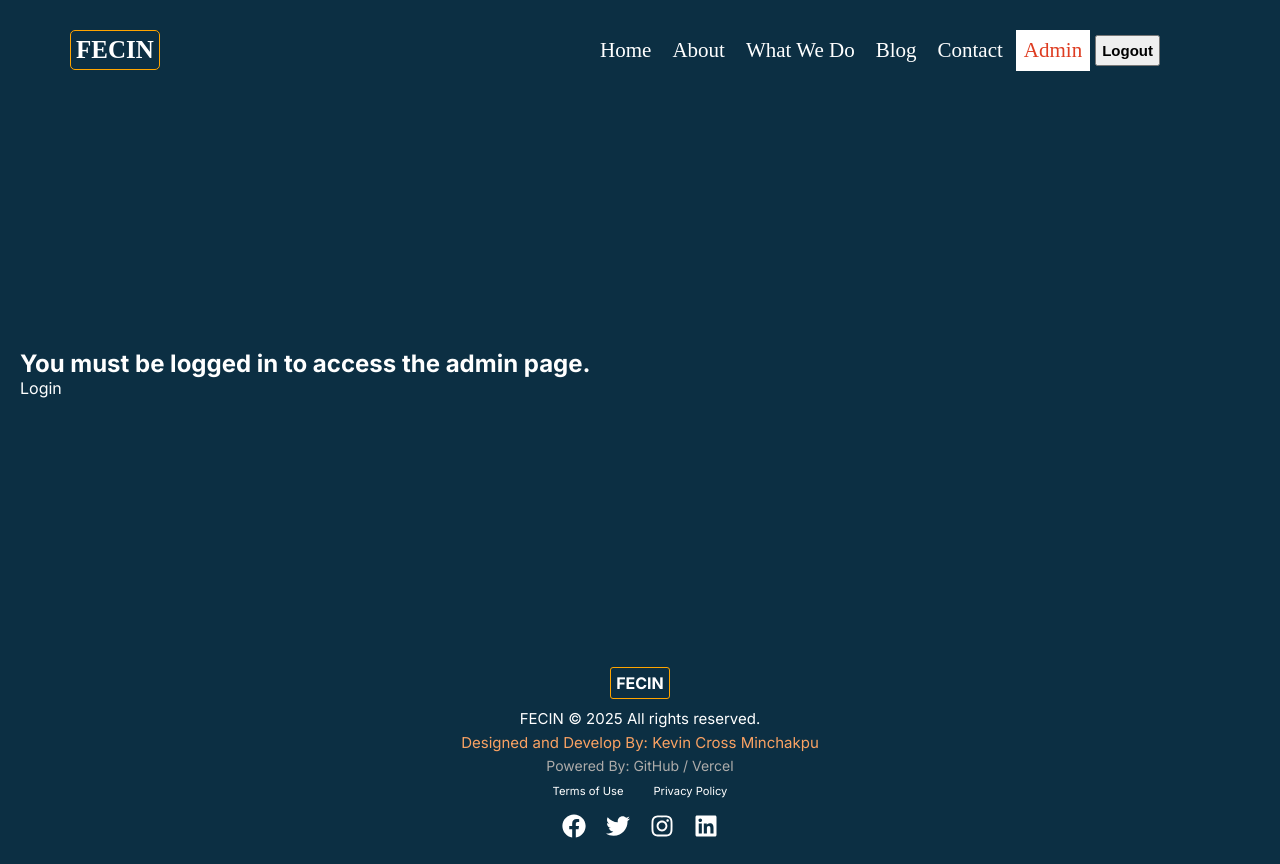
Repository: KCMinchakpu/fecin-projectgs497
Page: /admin
An editor plug-in stored every save of this project. The page is shown before and after the next save, followed by the edit.
The browser window is 1280 px wide. The pictures show the whole page.
The page's requests for data from a server got no answer. The project was rebuilt for these pictures with package versions that can differ from the ones it lists, and the page was loaded fresh each time. Some packages were replaced by stand-ins written for this rebuild. The framework's server and built-in components were replaced by stand-ins that run in the browser. No one was signed in, and anything a server would have sent is missing. Queries for data that is not in the repository find no rows. Also part of the build but not shown: next.config.mjs, src/styles/admin.module.css.

Above is the page before, as saved 2025-04-12 04:55:07.

### src/app/layout.js
import {Inter} from "next/font/google";
import "./globals.css";
import Navbar from "@/components/navbar/Navbar";
import Footer from "@/components/footer/Footer";

const inter = Inter({ subsets: ["latin"]});

export const metadata = {
  title: "FECIN Bible Translation Project",
  description: "This is the official FECIN Bible Translation Project",
};

export default function RootLayout({ children }) {
  return (
    <html lang="en">
      <body className={inter.className}>
        <div className="container">
        <Navbar />
        {children}
        <Footer />
        </div>
      </body>
    </html>
  );
}

### src/app/admin/page.jsx

import React from "react";
import { getSession } from "next-auth/react";
import Link from "next/link";
import styles from "@/styles/admin.module.css"


const AdminPage = async () => {
  const session = await getSession();

  // If there's no session, redirect to login
  if (!session) {
    return (
      <div>
        <h2>You must be logged in to access the admin page.</h2>
        <Link href="/login">Login</Link>
      </div>
    );
  }

  return (
    <div>
      <h1>Admin Dashboard</h1>
      <nav>
        <ul>
          <li>
            <Link href="/admin/events">Manage Events</Link>
          </li>
          <li>
            <Link href="/admin/users">Manage Users</Link>
          </li>
          <li>
            <Link href="/admin/blog">Manage Blog Posts</Link>
          </li>
          <li>
            <Link href="/admin/settings">Settings</Link>
          </li>
        </ul>
      </nav>
    </div>
  );
};

export default AdminPage;

### src/app/admin/users/route.js
// src/app/api/users/route.ts
import { NextResponse } from "next/server";
import { MongoClient } from "mongodb";

const uri = "mongodb+srv://eliakim:IdoYXsupNwFSHdHA@fecin2025.moyt1dm.mongodb.net/?retryWrites=true&w=majority&appName=Fecin2025";
const client = new MongoClient(uri);
const db = client.db("Fecin2025");
const usersCollection = db.collection("users");

export async function GET() {
  try {
    await client.connect();
    const users = await usersCollection.find().toArray();
    return NextResponse.json(users);
  } catch (error) {
    return NextResponse.error();
  } finally {
    await client.close();
  }
}

export async function POST(request) {
  try {
    const { name, email } = await request.json();
    await client.connect();
    const newUser = { name, email };
    const result = await usersCollection.insertOne(newUser);
    return NextResponse.json(result.ops[0]);
  } catch (error) {
    return NextResponse.error();
  } finally {
    await client.close();
  }
}

export async function DELETE(request) {
  try {
    const { id } = await request.json();
    await client.connect();
    const result = await usersCollection.deleteOne({ _id: id });
    return NextResponse.json(result);
  } catch (error) {
    return NextResponse.error();
  } finally {
    await client.close();
  }
}

### src/app/globals.css
:root {
    --bg: #0c2f43;
    --text: white;
    --bgSoft: #091f2c;
    --textSoft: rgb(237, 232, 232);
    --btn: #de3c21;
    --bgWhite: white;
    --textGray: #444444;
}

/* Box sizing rules */
* {
    box-sizing: border-box;
    margin:0;
    padding: 0;
  }

/* Set core body defaults */
body {
    background-color: var(--bgWhite);
    color: var(--text);
  }

a {
    color: inherit;
    text-decoration: none;
}

.container {
  background-color: var(--bg);
  width: 100%; /* Default for small screens */
  margin: auto;
  padding-left: 20px;
  padding-right: 20px;
  min-height: 120vh;
  display: flex;
  flex-direction: column;
  justify-content: space-between;
}

.callnana {
    background-color: var(--bgWhite);
    color: var(--textGray);
    padding: 20px;
    border-radius: 8px;
    box-shadow: 0 4px 8px rgba(0, 0, 0, 0.1);
    margin-bottom: 20px;
}

### src/components/navbar/Navbar.jsx
import React from 'react';
import Link from 'next/link';
import Links from "./links/Links";
import styles from "./navbar.module.css";

const Navbar = () => {
  return (
    <div className={styles.container}>
      <Link href="/" className={styles.logo}>FECIN</Link>
      <div>
        <Links />
      </div>
    </div>
  );
};

export default Navbar;

### src/components/footer/Footer.jsx
import React from 'react';
import styles from './footer.module.css';
import { FaFacebook, FaTwitter, FaInstagram, FaLinkedin } from 'react-icons/fa';

const Footer = () => {
  return (
    <div className={styles.container}>
      <div className={styles.logo}>
        {/* You can add a logo image here if needed */}
        <h2>FECIN</h2>
      </div>
      <div>
        <p className={styles.text}>FECIN © 2025 All rights reserved.</p>
        <p className={styles.author}>
          <a href="https://www.linkedin.com/in/kevin-cross-minchakpu-7897379a" target="_blank">Designed and Develop By: Kevin Cross Minchakpu</a>
          </p>
        <p className={styles.company}>
          <a href="https://octatesystems.github.io/OSNigeria/">Powered By: GitHub / Vercel</a>
          </p>
      </div>
      <div className={styles.links}>
        <a href="/terms" className={styles.link}>Terms of Use</a>
        <a href="/privacy" className={styles.link}>Privacy Policy</a>
      </div>
      <div className={styles.socialIcons}>
        <a href="https://facebook.com" target="_blank" rel="noopener noreferrer" className={styles.icon}>
          <FaFacebook />
        </a>
        <a href="https://twitter.com" target="_blank" rel="noopener noreferrer" className={styles.icon}>
          <FaTwitter />
        </a>
        <a href="https://instagram.com" target="_blank" rel="noopener noreferrer" className={styles.icon}>
          <FaInstagram />
        </a>
        <a href="https://linkedin.com" target="_blank" rel="noopener noreferrer" className={styles.icon}>
          <FaLinkedin />
        </a>
      </div>
    </div>
  );
};

export default Footer;

### src/components/navbar/links/Links.jsx
"use client"

import React from "react";
import {useState} from  "react";
import Image from 'next/image';
import NavLink from "../navLink/NavLink";
import styles from "./links.module.css";


const links = [
  { title: "Home", path: "/" },
  { title: "About", path: "/about" },
  { title: "What We Do", path: "/whatwedo" },
  { title: "Blog", path: "/blog" },
  { title: "Contact", path: "/contact" },
];

const Links = () => {
  const [open,setOpen] = useState(false)

  //Temporary
  const session = true
  const isAdmin = true

  return (
    <div className={styles.container}>
    <div className={styles.links}>
      {links.map((link) => (
        <NavLink item={link} key={link.title} />
      ))}
      {session ? (
          <>
          {isAdmin && <NavLink item={{title: "Admin", path: "/admin"}} />}
         <button className={styles.logout}>Logout</button>
         </>
        ) : (
          <NavLink item={{title: "Login", path: "/login"}} />
        )
      }
      </div>
      <Image
      className={styles.menuButton}
      src="/menu.png"
      alt="Hamburger menu"
      width={30}
      height={30} onClick={() => setOpen((prev) => !prev)}
      />

      {open && ( <div className={styles.mobileLinks}>
          {links.map((link) => (
        <NavLink item={link} key={link.title} />
      ))}
    </div>
)}
</div>
  );
};

export default Links;

### src/components/navbar/navbar.module.css
.container {
    height: 100px;
    display: flex;
    align-items: center;
    justify-content: space-between;
}

.logo {
    font-size: 25px;
    font-weight: bold;
    font-family: "Play", serif;
    font-weight: 700;
    font-style: normal;
    border: 1.5px solid orange;
    padding: 5px;
    border-radius: 5px;
    margin-left: 50px;
}

### src/components/footer/footer.module.css
/* Footer Container */
.container {
    background-color: var(--bg);
    color: white;
    display: flex;
    flex-direction: column;
    align-items: center;
    justify-content: space-between;
    padding: 20px;
    text-align: center;
  }

  .logo h2 {
    font-size: 1rem;
    margin-bottom: 10px;
    border: 1px solid orange;
    padding: 5px;
    border-radius: 3px;
  }

  .text {
    margin-bottom: 5px;
    font-size: 15px;

  }
  .author {
    margin-bottom: 5px;
    font-size: 15px;
    color: rgb(250, 162, 99);
  }

  .company {
    margin-bottom: 5px;
    font-size: 14px;
    color: rgb(174, 172, 170);
  }

  .author:hover {
    text-decoration: underline;
  }

  .company:hover {
    text-decoration: underline;
  }

  .links {
    margin-bottom: 15px;
  }

  .link {
    color: white;
    margin: 0 15px;
    text-decoration: none;
    font-size: 0.7rem;
  }

  .link:hover {
    text-decoration: underline;
  }

  .socialIcons {
    display: flex;
    justify-content: center;
    gap: 20px;
  }

  .icon {
    font-size: 1.5rem;
    color: white;
    transition: color 0.3s ease;
  }

  .icon:hover {
    color: #0070f3;
  }


  @media (min-width: 768px) {
    .container {
      flex-direction: column;
      align-items: center;
      justify-content: space-around;
    }
  }

### src/components/navbar/navLink/navLink.jsx
"use client";

import React from "react";
import Link from "next/link";
import { usePathname } from "next/navigation";
import styles from "./navLink.module.css";

const NavLink = ({ item }) => {
  const pathName = usePathname();
  return (
    <Link
      href={item.path}
      className={`${styles.container} ${
        pathName === item.path ? styles.active : ""
      }`}
    >
      {item.title}
    </Link>
  );
};

export default NavLink;

### src/components/navbar/links/links.module.css
.links {
    display: flex;
    align-items: center;
    gap: 5px;
    font-family: "Play", serif;
    font-style: normal;
    margin-right: 100px;
    font-size: 21px;
}

.logout {
    padding: 5px;
    cursor: pointer;
    font-weight: bold;
    font-size: 15px;
}

.menuButton,
.mobileLinks {
   display: none;
  }

  @media (max-width: 480px){
    .links {
        display: none;
    }

    .menuButton {
        display: block;
        cursor: pointer;
      }

    .mobileLinks {
        position: absolute;
        top: 100px;
        right: 0;
        width: 50%;
        height: calc(100vh-100px);
        /*background-color: var(--bg);*/
       background-color: brown;
        display: flex;
        flex-direction: column;
        align-items: center;
        justify-content: center;
        gap: 10px;
      }
  }

### src/components/navbar/navLink/navLink.module.css
.container {
    padding: 8px;
    text-align: center;


}

.active {
    background-color: var(--text);
    color: var(--btn);
}

Loaded but not shown: src/app/admin/users/[userId]/role/route.js (no copy from this time; the picture is the same without it)

After the next save:
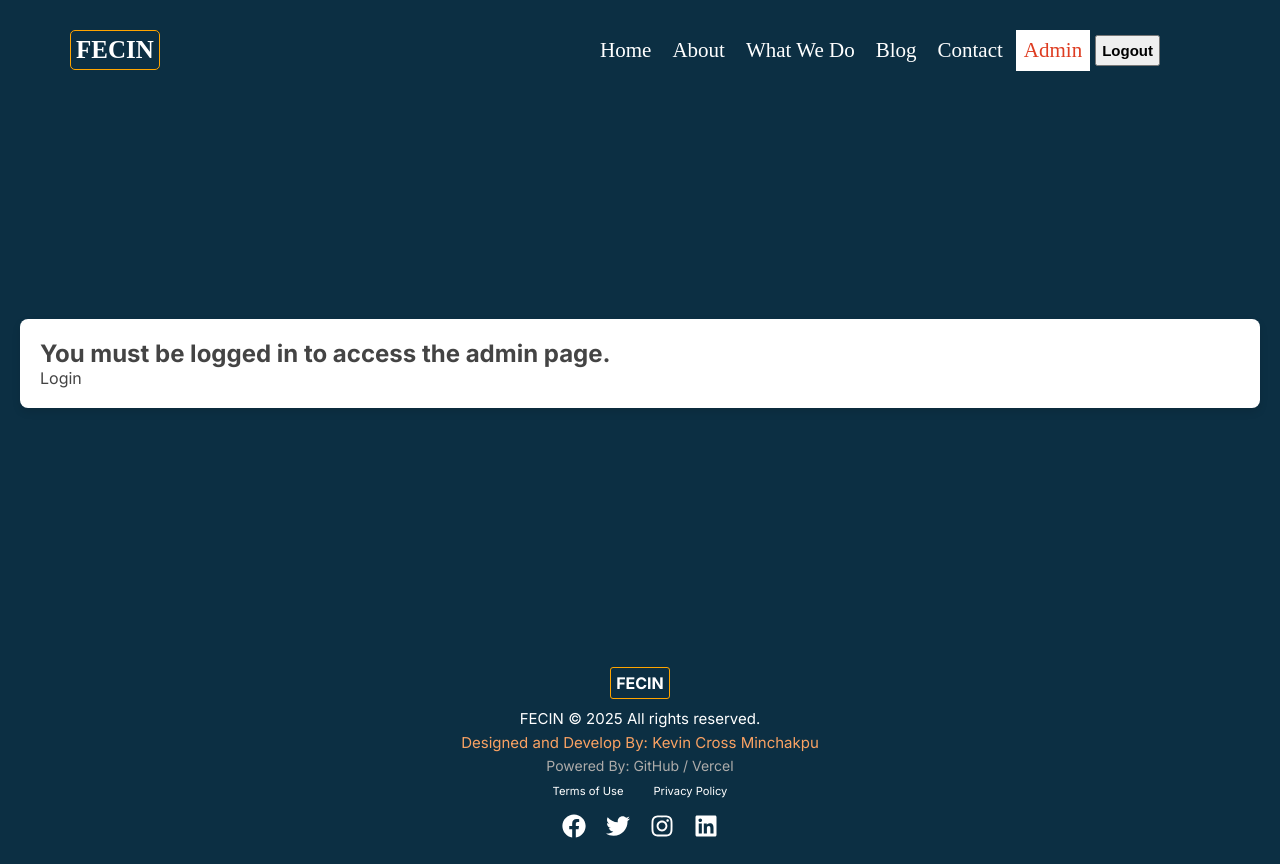
Saved 50 s later.
--- a/src/app/admin/page.jsx
+++ b/src/app/admin/page.jsx
@@ -11,7 +11,7 @@ const AdminPage = async () => {
   // If there's no session, redirect to login
   if (!session) {
     return (
-      <div>
+      <div class="callnana">
         <h2>You must be logged in to access the admin page.</h2>
         <Link href="/login">Login</Link>
       </div>
